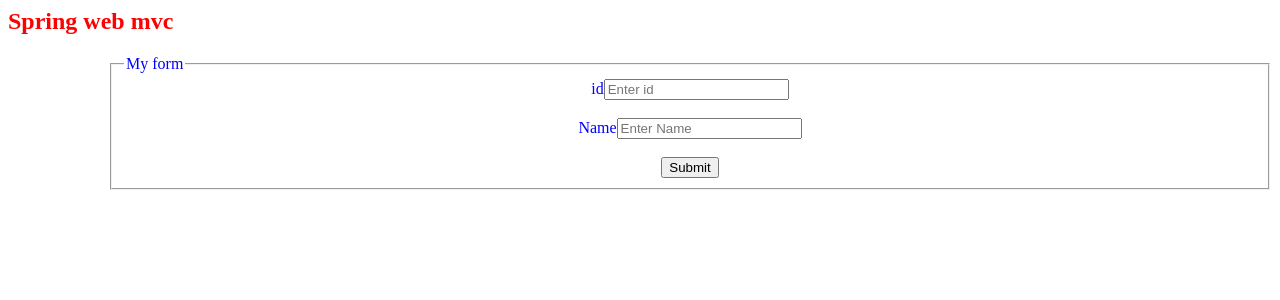
Repository: NaveenPriya1/Sts-full-new-laptop
Page: http://localhost/springwebmvc/
An editor plug-in stored every save of this project. The page is shown before and after the next save, followed by the edit.
The browser window is 1280 px wide. The pictures show the whole page.
The page is served by Tomcat 9. Other server files are loaded and not shown.

Above is the page before, as saved 2022-07-28 13:59:23.

### springwebmvc/src/main/webapp/index.jsp
<html>
<body>
<h2 style=color:red>Spring web mvc</h2>

<div style=color:blue;margin-left:100px>
<form action="first">
<fieldset style=margin-lef:50px>
<legend >My form</legend>
<div style=text-align:center>
id<input type="text" name="id" placeholder="Enter id"><br><br>
Name<input type="text" name="name" placeholder="Enter Name"><br><br>
<input type="submit">
</div>

</fieldset>




</form>
</div>
</body>
</html>

After the next save:
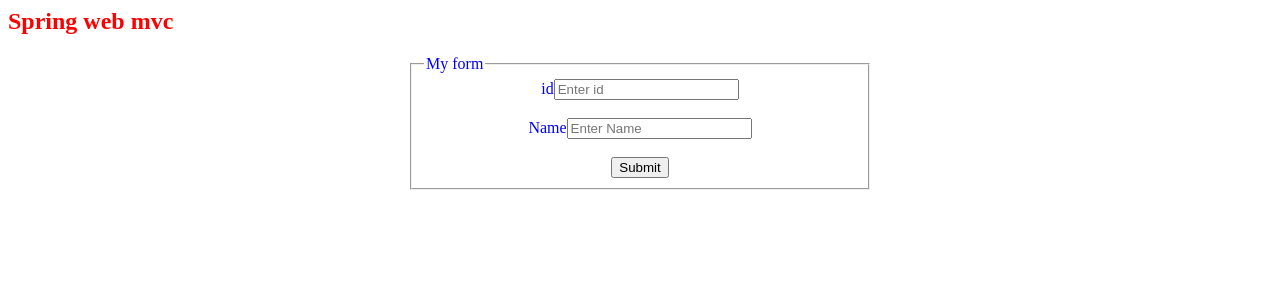
Saved 35 s later.
--- a/springwebmvc/src/main/webapp/index.jsp
+++ b/springwebmvc/src/main/webapp/index.jsp
@@ -2,7 +2,7 @@
 <body>
 <h2 style=color:red>Spring web mvc</h2>
 
-<div style=color:blue;margin-left:100px>
+<div style=color:blue;margin-left:400px;margin-right:400px>
 <form action="first">
 <fieldset style=margin-lef:50px>
 <legend >My form</legend>
